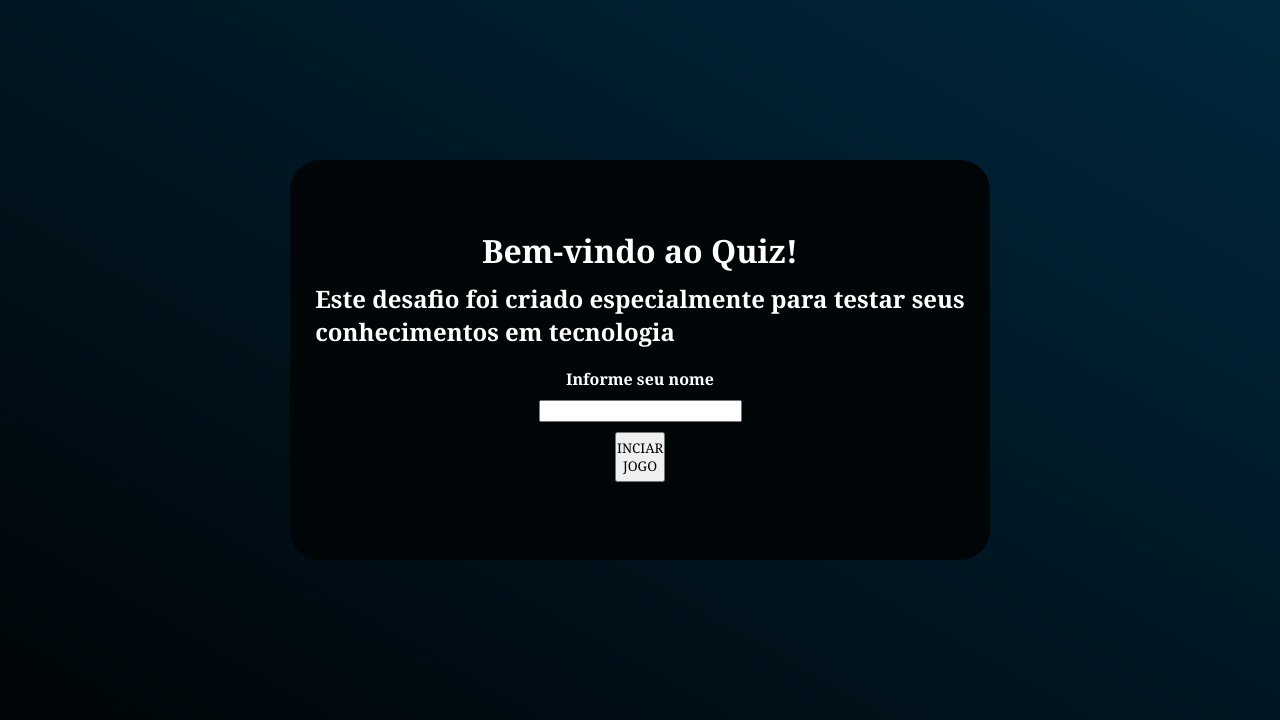
Repository: LaisSilvaO/Projeto-Quizz
Page: telas/apresentação.html
An editor plug-in stored every save of this project. The page is shown before and after the next save, followed by the edit.
The browser window is 1280 px wide. The pictures show the whole page.

Above is the page before, as saved 2024-12-25 21:42:45.

After the next save:
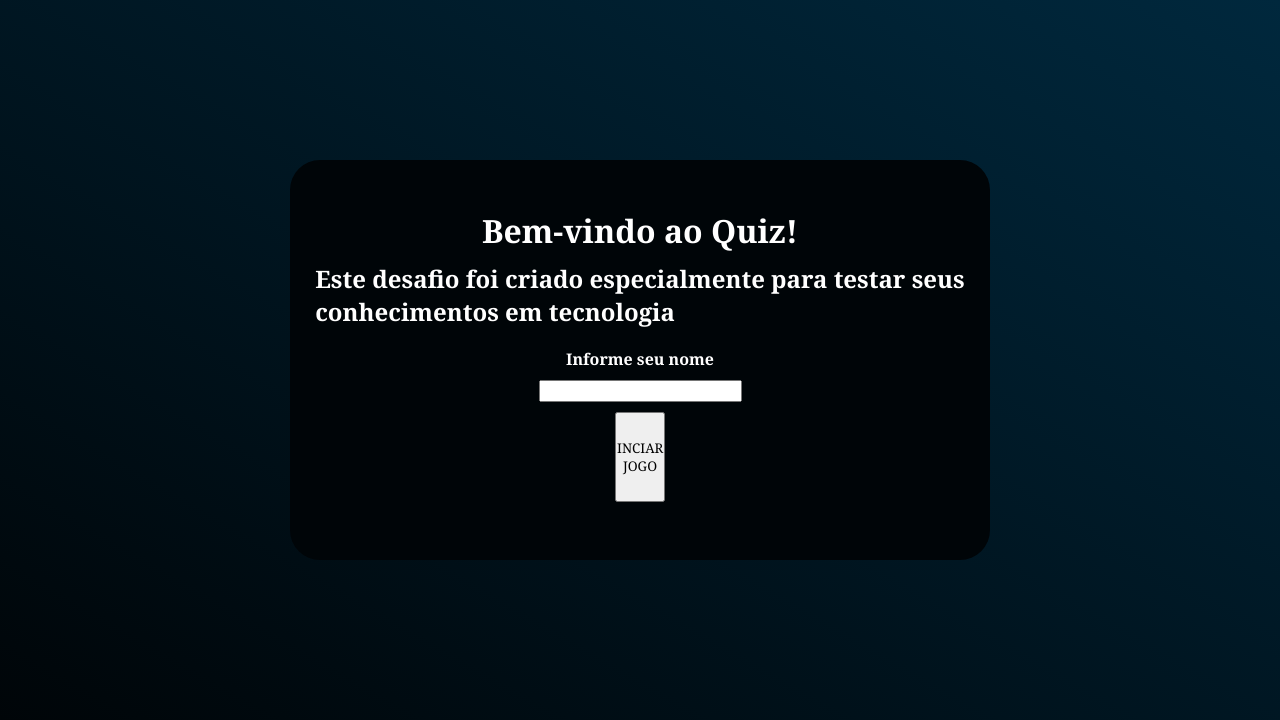
Saved 12 s later.
--- a/img/tela.css
+++ b/img/tela.css
@@ -100,5 +100,5 @@ h4{
 }
 button{
   width: 50px;
-  height: 50px;
+  height: 90px;
 }
